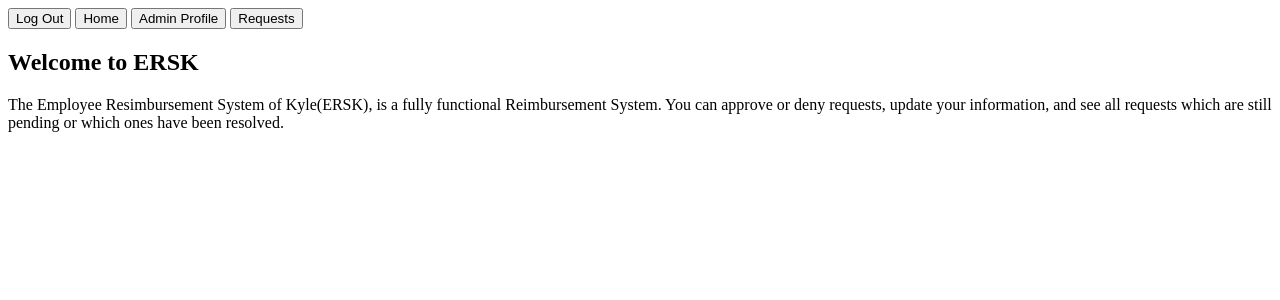
Repository: 1807-mehrab/project-1-KyleAButterfield
Page: ERSK/ERSK/src/main/webapp/ManagerHomePage.html
These files come from the project's save history. The page is drawn as it stood at one moment and after the next save; the edit follows.
The browser window is 1280 px wide. The pictures show the whole page.

Above is the page before, as saved 2018-07-30 15:11:02.

### ERSK/ERSK/src/main/webapp/ManagerHomePage.html
<!DOCTYPE html>
<html>
<head>
<meta charset="ISO-8859-1">
<title>ERSK-Home Page</title>
	<div id="dashboard">
	<input type="button" onClick="LogOut()" value="Log Out">
	<input type="button" onClick="HomePage()" value="Home">
	 <input type="button" onClick ="GetInfo()" value="Admin Profile">
	<input type="button" onClick="LoadAdminRequestPage()" value="Requests">
	</div>
	<script src="Adminfunctions.js"></script>
</head>
<body>
	<div id="body">
	<h2>Welcome to ERSK</h2>
	<p>The Employee Resimbursement System of Kyle(ERSK), is a fully functional Reimbursement System.
	 You can approve or deny requests, update your information,  and see all requests which are still pending
	 or which ones have been resolved.   </p>

	</div>
</body>

</html>

Loaded but not shown: ERSK/ERSK/src/main/webapp/Adminfunctions.js (no copy from this time; the picture is the same without it)

After the next save:
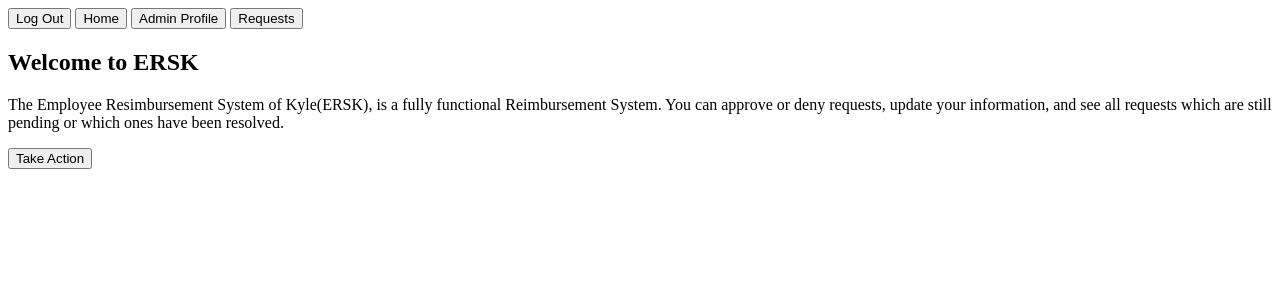
Saved 59 s later.
--- a/ERSK/ERSK/src/main/webapp/ManagerHomePage.html
+++ b/ERSK/ERSK/src/main/webapp/ManagerHomePage.html
@@ -19,6 +19,10 @@
 	 or which ones have been resolved.   </p>
 
 	</div>
+	<button type="button" onClick="TakeAction(
+	                   1,
+	                   2,
+	                 3)">Take Action</buttom>
 </body>
 
 </html>

After the save that followed:
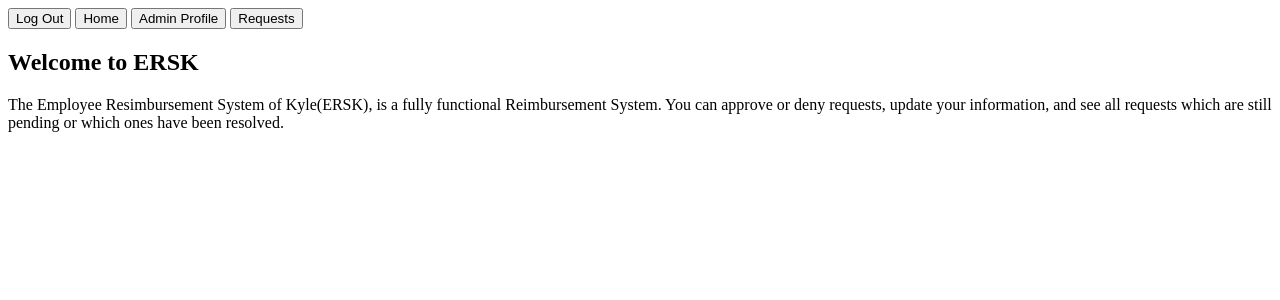
Saved 44 s later.
--- a/ERSK/ERSK/src/main/webapp/ManagerHomePage.html
+++ b/ERSK/ERSK/src/main/webapp/ManagerHomePage.html
@@ -19,10 +19,7 @@
 	 or which ones have been resolved.   </p>
 
 	</div>
-	<button type="button" onClick="TakeAction(
-	                   1,
-	                   2,
-	                 3)">Take Action</buttom>
+
 </body>
 
 </html>
